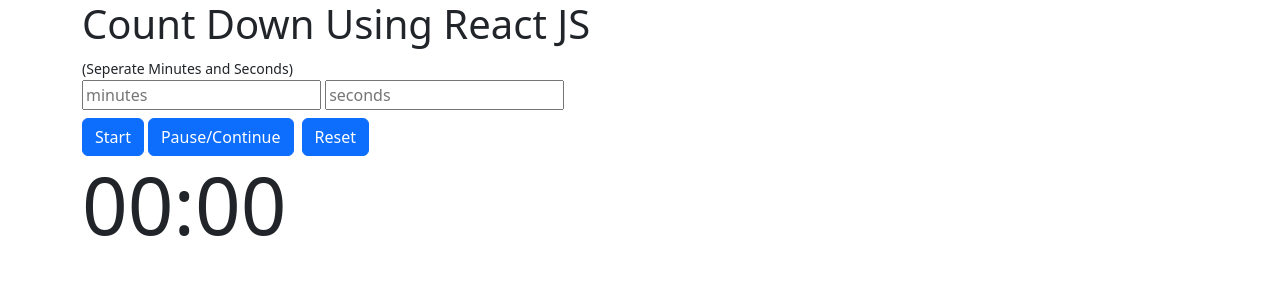
Repository: maheshdama13/reactjs-count-down
Page: /
An editor plug-in stored every save of this project. The page is shown before and after the next save, followed by the edit.
The browser window is 1280 px wide. The pictures show the whole page.
The project was rebuilt for these pictures with package versions that can differ from the ones it lists, and the page was loaded fresh each time. Also part of the build but not shown: src/App.css.

Above is the page before, as saved 2022-07-01 02:23:42.

After the next save:
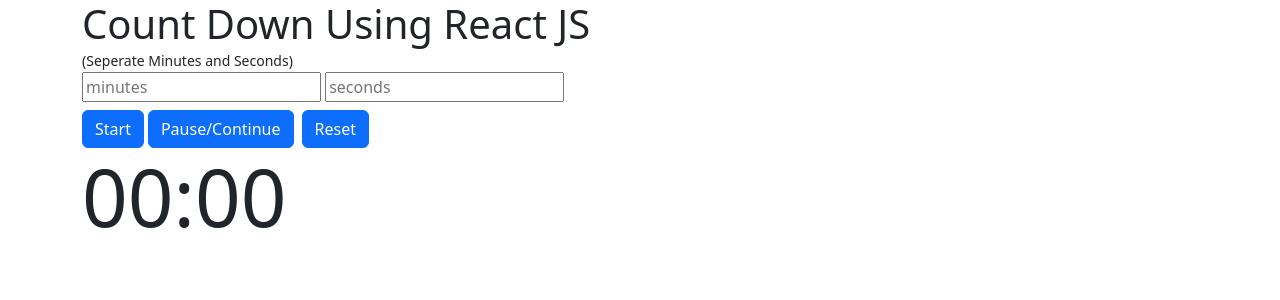
Saved 20 s later.
--- a/src/components/CountDown.js
+++ b/src/components/CountDown.js
@@ -56,7 +56,7 @@
 
   return (
     <div className='container'>
-    <h1 className='mb-2 pb-0'>Count Down Using React JS</h1>
+    <h1 className='mb-0 pb-0'>Count Down Using React JS</h1>
     <small>(Seperate Minutes and Seconds)</small>
 
       <form ref={formData}>
